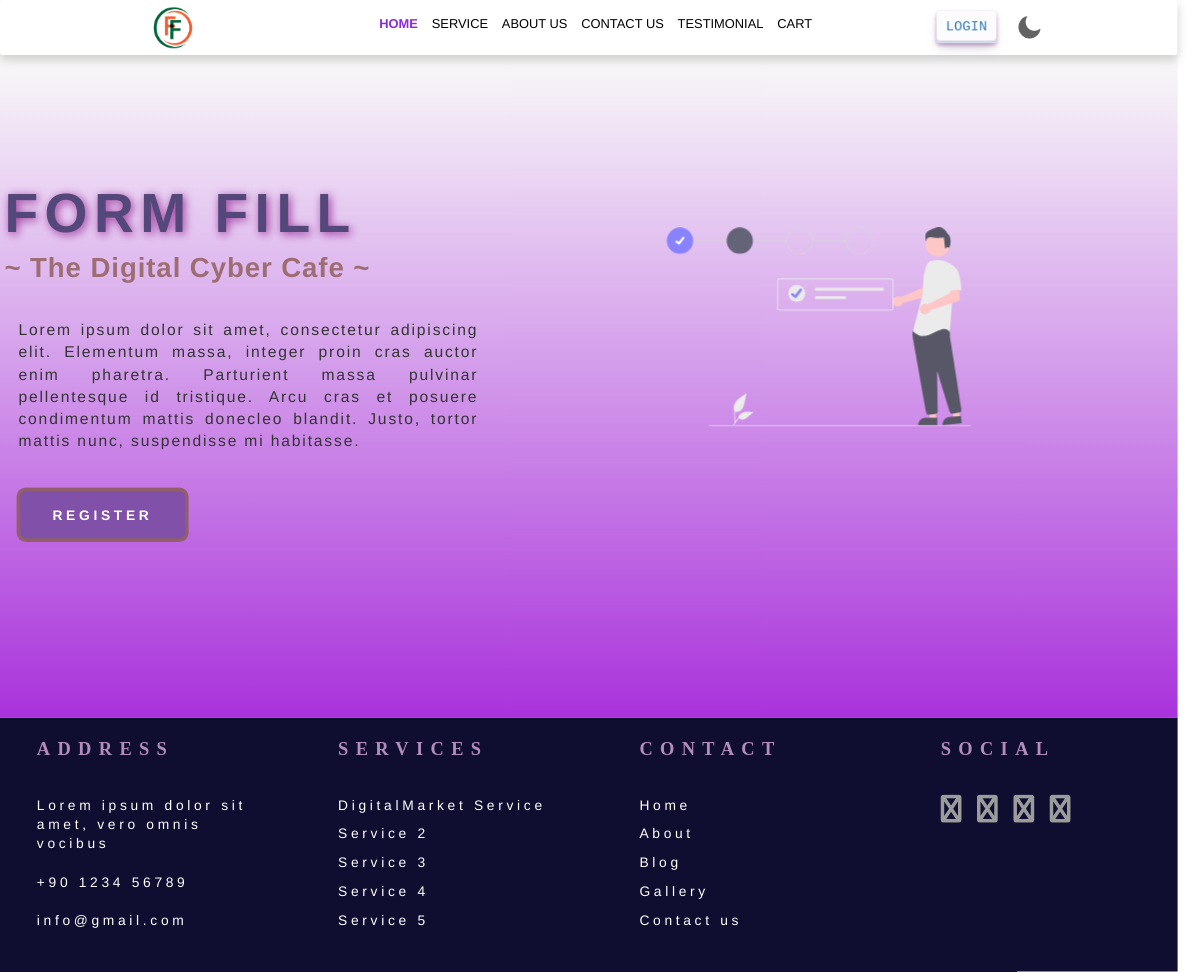
Repository: codervivek5/Formfil
Page: index.html
The author's editor kept a copy of each file at every save. The page is drawn from the files as they stood at one save, then again after the next save.
The browser window is 1280 px wide. The page is 1295 px wide, so the pictures cover 1295 px, including what lies to the right of the window. The pictures show the whole page, at 92% of full size.
Some web fonts or font styles are not loaded; a fallback is used.

Above is the page before, as saved 2023-03-04 21:45:09.

### index.html
<!DOCTYPE html>
<html lang="en">

<head>
	<meta charset="UTF-8" />
	<meta http-equiv="X-UA-Compatible" content="IE=edge" />
	<meta name="viewport" content="width=device-width, initial-scale=1.0" />
	<title>Home-FormFil</title>
	<link rel="stylesheet" href="style/style.css" />
     <link rel="stylesheet" href="style/theme.css">

	<link rel="stylesheet" href="https://maxcdn.bootstrapcdn.com/bootstrap/3.4.1/css/bootstrap.min.css">
	<script src="https://ajax.googleapis.com/ajax/libs/jquery/3.6.0/jquery.min.js"></script>
     <script src="https://maxcdn.bootstrapcdn.com/bootstrap/3.4.1/js/bootstrap.min.js"></script>

	<link rel="stylesheet" href="https://fonts.googleapis.com/css?family=Trirong" />
	<link rel="icon" type="image/x-icon" href="./img/crop_logo.png" />
	<link rel="stylesheet" href="https://cdnjs.cloudflare.com/ajax/libs/font-awesome/6.2.1/css/all.min.css">
</head>

<body>

    <div class="loader">
          <img class= "imgload" src="img/logo.png"  alt="">
     </div>

     <header class="navbar">
      <a href="index.html"><img class="logo" src="img/logo.png" width="100px" height="100px" /></a>

      <div class="navbar-opt">
        <ul class="navbar-list">
          <li><a href="index.html" class="nav-link active">HOME</a></li>
          <li><a href="pages/service.html" class="nav-link">SERVICE </a></li>
          <li><a href="pages/about_us.html" class="nav-link">ABOUT US </a></li>
          <li><a href="pages/contact-us.html" class="nav-link">CONTACT US </a></li>
          <li><a href="pages/testimonial.html" class="nav-link">TESTIMONIAL</a></li>
          <li><a href="pages/cart.html" class="nav-link">CART</a></li>
        </ul>
      </div>

      <div class="fixed-buttons">
        <button><a href="pages/login.html" class="lgn">LOGIN</a></button>
        <img src="img/moon.png" id="icon">
      </div>

      <div class="mobile-menu">
        <ion-icon name="menu-outline" class="menu-icon"></ion-icon>
        <ion-icon name="close-outline" class="menu-icon"></ion-icon>
      </div>

     </header>

	<div class="main">

		<div class="container">
			<div class="content animated fadeInLeft">
				<h1>FORM FILL</h1>
				<h2>~ The Digital Cyber Cafe ~</h2>
				<p class="para">
					Lorem ipsum dolor sit amet, consectetur adipiscing elit.
          Elementum massa, integer proin cras auctor enim pharetra.
					Parturient massa pulvinar pellentesque id tristique.
          Arcu cras et posuere condimentum mattis donecleo blandit.
          Justo, tortor mattis nunc, suspendisse mi habitasse.
				</p>
				<div class="btn">
					<a href="pages/signup.html"> <button class="btn1 button">REGISTER</button></a>
				</div>
			</div>
			<div class="shipp animated fadeInRight">
				<img src="img/svg.svg" />
        <!-- <img src="img/formfilSvg.svg" /> -->
			</div>
		</div>
	</div>

<!-- footer section -->
<footer>
    <div>
        <div class="row">
            <div class="col-lg-3 col-md-5 col-sm-4 col-xs-12">
                <ul class="adress">
                     <span>Address</span>
                     <li>
                        <p>Lorem ipsum dolor sit amet, vero omnis vocibus</p>
                      </li>

                      <li>
                        <p>+90 1234 56789</p>
                      </li>

                      <li>
                        <p>info@gmail.com</p>
                      </li>
                 </ul>
            </div>
            <div class="col-lg-3 col-md-5 col-sm-4 col-xs-12">
               <ul class="service">
                    <span>Services</span>
                    <li>
                       <a href="#">DigitalMarket Service</a>
                     </li>

                     <li>
                        <a href="#">Service 2</a>
                     </li>

                     <li>
                       <a href="#">Service 3</a>
                     </li>

                     <li>
                        <a href="#">Service 4 </a>
                     </li>

                     <li>
                       <a href="#">Service 5</a>
                    </li>
               </ul>
           </div>
            <div class="col-lg-3 col-md-3 col-sm-4 col-xs-12">
                <ul class="contact">
                     <span>Contact</span>
                     <li>
                        <a href="index.html">Home</a>
                      </li>

                      <li>
                         <a href="pages/about_us.html">About</a>
                      </li>

                      <li>
                        <a href="#">Blog</a>
                      </li>

                      <li>
                         <a href="#">Gallery </a>
                      </li>

                      <li>
                        <a href="pages/contact-us.html">Contact us</a>
                     </li>
                </ul>
            </div>

            <div class="col-lg-3 col-md-3 col-sm-4 col-xs-12">
               <ul class="social">
                    <span>Social</span>
                    <li>
                         <a href="https://www.facebook.com/codervivek"  target="_blank"><i class="fa fa-facebook fa-2x"></i></a>
                    </li>

                    <li>
                         <a href="https://github.com/codervivek5" target="_blank"><i class="fa fa-github fa-2x"></i></a>
                    </li>

                    <li>
                         <a href="https://www.linkedin.com/in/codervivek/" target="_blank"><i class="fa fa-linkedin fa-2x"></i></a>
                    </li>

                    <li>
                         <a href="https://twitter.com/codervivek5" target="_blank"><i class="fa fa-twitter fa-2x"></i></a>
                    </li>

                    <li>
                         <a href="https://www.youtube.com/codervivek" target="_blank"><i class="fa fa-youtube-play fa-2x"></i></a>
                   </li>
                  </ul>
            </div>
       </div>
    </div>
    <button class="back-to-top hidden">
     <svg
     xmlns="http://www.w3.org/2000/svg"
     class="back-to-top-icon"
     fill="none"
     viewBox="0 0 24 24"
     stroke="currentColor"
   >
     <path
       stroke-linecap="round"
       stroke-linejoin="round"
       stroke-width="2"
       d="M7 11l5-5m0 0l5 5m-5-5v12"
     />
   </svg></button>
</footer>


<script>

     // Javascript Code for Dark Mode Switch
	var icon = document.getElementById("icon");
	icon.onclick = function(){
		document.body.classList.toggle("dark-mode");
		if (document.body.classList.contains("dark-mode")){
			icon.src="img/sun.png";
		}
		else {
			icon.src="img/moon.png";
		}
	}
  //javascript for loader
  $(document).ready(function() {
      // Animate loader off screen
   setTimeout(function() {
    $(".loader").fadeOut("slow");
   }, 0);
  });
      // Javascript Code for Scroll to top Button
      const showOnPx = 100;
      const backToTopButton = document.querySelector(".back-to-top")

     const scrollContainer = () => {
       return document.documentElement || document.body;
      };

 document.addEventListener("scroll", () => {
   if (scrollContainer().scrollTop > showOnPx) {
     backToTopButton.classList.remove("hidden")
   } else {
     backToTopButton.classList.add("hidden")
   }
 })
 const goToTop = () => {
   document.body.scrollIntoView({
     behavior: "smooth",
   });
 };
 backToTopButton.addEventListener("click", goToTop);

 const mobile_nav= document.querySelector('.mobile-menu');
const nav_header= document.querySelector(".navbar");

const toggleNav = () =>{
  nav_header.classList.toggle("switchOn");
}

mobile_nav.addEventListener('click', () => toggleNav());

</script>
<script type="module" src="https://unpkg.com/ionicons@5.5.2/dist/ionicons/ionicons.esm.js"></script>
<script nomodule src="https://unpkg.com/ionicons@5.5.2/dist/ionicons/ionicons.js"></script>
</body>
</html>

### style/style.css
@import url('https://fonts.googleapis.com/css2?family=Tilt+Prism&display=swap');

body{
	margin:0;
	padding:0;
	background:black;
font-family: 'Times New Roman', Times, serif;
overflow-x: hidden;
}
.main{
	position: relative;
	height:100%;
	width:100%;
	background-position: center;
	background-repeat: no-repeat;
	background-size: cover;
	/* opacity: 0.8; */

}
.navbar{
    padding: 0 !important;
    padding: 0 3rem;
    height: 6rem;
    display: flex;
    justify-content: space-between;
    align-items: center;
    margin-bottom: 0 !important;
    box-shadow: 0px 5px 10px #48464640 !important;
    z-index: 999;
}

.navbar-opt{
    transition: all 0.5s;
  }

  .navbar-list{
    display: flex;
    gap: 1.5rem;
    list-style: none;
  }

  .fixed-buttons{
    display: flex;
    justify-content: center;
    align-items: center;
    column-gap: 1rem;
  }

  .active{
    font-weight: 700 !important;
  }

  .nav-link:link,
.nav-link:visited {
  display: inline-block;
  text-decoration: none;
  color: black;
}

.mobile-menu{
  display: none;
  background: transparent;
  cursor: pointer;
}

.menu-icon{
  width: 3.2rem;
  height: 3.2rem;
  z-index: 1000;
}

.menu-icon[name="close-outline"]{
  display: none;
}

.fixed-buttons button{
  align-items: center;
  appearance: none;
  background-color: #FCFCFD;
  border-radius: 4px;
  border-width: 0;
  box-shadow: #7b378e7b 0 2px 4px,#c1b6c4a8 0 7px 13px -3px,#D6D6E7 0 -3px 0 inset;
  box-sizing: border-box;
  color: #36395A;
  cursor: pointer;
  display: inline-flex;
  font-family: "JetBrains Mono",monospace;
  height: 3.5rem;
  justify-content: center;
  line-height: 1;
  list-style: none;
  overflow: hidden;
  padding-left: 1rem;
  padding-right: 1rem;
  position: relative;
  text-align: left;
  text-decoration: none;
  transition: box-shadow .15s,transform .15s;
  user-select: none;
  -webkit-user-select: none;
  touch-action: manipulation;
  white-space: nowrap;
  will-change: box-shadow,transform;
  font-size: 1.5rem;
}

.fixed-buttons button:focus {
    box-shadow: #D6D6E7 0 0 0 1.5px inset, rgba(45, 35, 66, 0.4) 0 2px 4px, rgba(45, 35, 66, 0.3) 0 7px 13px -3px, #D6D6E7 0 -3px 0 inset;
  }

  .fixed-buttons button:hover {
    box-shadow: rgba(45, 35, 66, 0.4) 0 4px 8px, rgba(45, 35, 66, 0.3) 0 7px 13px -3px, #D6D6E7 0 -3px 0 inset;
    transform: translateY(-2px);
  }

  .fixed-buttons button:active {
    box-shadow: #D6D6E7 0 3px 7px inset;
    transform: translateY(2px);
  }

@media (max-width:1220px){
    .navbar-list{
      gap: 0.3rem;
    }
  }

  @media (max-width:1030px){
    .mobile-menu{
      display: block;
    }

    .navbar{
      padding: 0 1rem;
      position: relative;
    }

    .navbar-opt{
      width: 100vw;
      height: 100vh;
      background-color: #484646dd;
      position: absolute;
      top: 0;
      left: 0;
      display: flex;
      justify-content: center;
      /* transform: translateY(100%); */
      transition: all 0.5s linear;
      opacity: 0;
      visibility: hidden;
      pointer-events: none;
    }

    .navbar-list{
      flex-direction: column;
      align-items: center;
      justify-content: center;
      font-size: 1.7rem;
      font-weight: 500;
    }

    .switchOn .navbar-opt{
      opacity: 1;
      visibility: visible;
      pointer-events: auto;
    }

    .switchOn .mobile-menu .menu-icon[name="close-outline"]{
      display: block;
    }

    .switchOn .mobile-menu .menu-icon[name="menu-outline"]{
      display: none;
    }

  }

  .nav-link:hover{
    color: grey !important;
  }

    /* ____________________________________________________________________________________________________________ */

.container{
    display: flex;
    justify-content: space-between;
    align-items: center;
    position: relative;
    top: 20vh;
    padding: 0px 25px;
}
.shipp{
  margin-top: -90px;
  padding-left: 50px;
}
.shipp img{
    width: 60vh;
}
.content{
  display: flex;
  flex-direction: column;
  margin-left: -110px;
}
.content h1{
    color: #2a1958;
    text-shadow: 2px 2px 10px purple;
    font-size: 6rem;
    letter-spacing: 7px;
    margin-top: -5px;
    font-weight: bold;
}
.content h2{
	width:100%;
  font-weight: bold;
  margin-top: -1px;
  letter-spacing: 1px;
}
.content .para{
  color: black;
	width:100%;
  text-align: justify;
  font-size: 17px;
  margin-top: 30px;
  padding-left: 60px;
  letter-spacing: 2px;
  font-weight: 500;

}
.content .btn{
  text-align: left;
  margin-left: 45px;
  margin-top: 20px;
}
.content button{
    padding: 15px 35px;
    border-radius: 10px;
    border: none;
    background-color: rgba(90, 34, 139,0.9) !important;
    /* border: 4px solid rgba(90, 34, 139); */
    border: 4px solid rgba(122, 60, 60, 0.87);
    color: white !important;
    font-weight: bold !important;
    letter-spacing: 4px;
    font-size: 15px !important;
    transition: transform .2s;
}
.btn1:hover{
  transform: scale(1.15);
  background-color: rgba(90, 34, 139,0.2) !important;
  color: white !important;
}

@media only screen and (max-width: 1300px){
    .shipp img{
      width: 50vw;
      height: 30vh;
  }
  }

  @media only screen and (max-width: 500px){
    .container{
      display: flex;
      flex-direction: column;
      padding: 0 !important;
      margin: 0 !important;
    }
    .content{
      width: 100vw;
      display: flex;
      flex-direction: column;
      justify-content: center;
      align-items: center;
      padding: 0 !important;
      margin: 0 !important;
    }
    .shipp img{
      width: 50vw;
      height: 40vh;
  }
  .content h1{
    font-size: 3rem;
  }
  .content h2{
    font-size: 2rem;
  }
  .content .para{
    font-size: 1.5rem;
  }
  }
/* footer */
footer{
     background-color: #0f0e31;
     padding:20px 0px;
     z-index: 1;
}

footer ul li{
    padding:5px 0px;
}

.adress span , .contact span , .social span, .service span{
   color: #FFF;
   font-weight: 800;
   padding-bottom: 10px;
   margin-bottom: 20px;
   display: block;
   text-transform: uppercase;
   font-size: 20px;
   letter-spacing: 3px;
}

.adress li p , .contact li a , .social li a, .service li a{
    color:#FFF;
    letter-spacing: 2px;
    text-decoration:none;
    font-size:15px;
    font-style: sans-serif;
}

.social li{
    float:left;
}

.adress , .contact , .social , .service{
    list-style: none;
}

.fa{
    color:#9c9c9c;
    margin-right: 15px;
    font-size:24px;
}
.service span{
    letter-spacing: 8px;
    font-family:'Tilt Prism', cursive;
    color:rgb(179,140,189);
}
.contact span{
    letter-spacing: 8px;
    font-family: 'Tilt Prism', cursive;
    color:rgb(179,140,189);

}
.adress span{
    letter-spacing: 8px;
    font-family:'Tilt Prism', cursive;
    color:rgb(179,140,189);
}
.social span{
    letter-spacing: 8px;
    font-family:'Tilt Prism', cursive;
    color:rgb(179,140,189);
}
.service a{
    letter-spacing: 4px !important;
    position: relative;
    transition: all 0.5s ease;
    -webkit-transition: all 0.5s ease;
}
.service a:hover {
    color: rgb(137,130,255) !important;
    transition: all 1s ease;
    -webkit-transition: all 1s ease;
}

 .service a:before, .service a:after {
  content: '';
  position: absolute;
  width: 0%;
  height: 1px;
  bottom: -1px;
  background:rgb(204,214,246);
}

.imgload{
	height: 25%;
	width: 15%;

}
.loader{
    position: fixed;
    z-index: 1;
    top: 0;
    left: 0;
    background: #7b378ec4;
    height: 100%;
    width: 100%;
    display: flex;
    justify-content: center;
    align-items: center;
  }

  .loader.hidden{
    animation: fadeOut 2s forwards;
  }
  @keyframes fadeOut {
    100%{
      opacity: 100%;
      visibility: hidden;
    }
  }



.adress p{
    letter-spacing: 4px !important;
    position: relative;
    transition: all 0.5s ease;
    -webkit-transition: all 0.5s ease;
}
.adress p:hover {
    color: rgb(14, 214, 3) !important;
    transition: all 1s ease;
    -webkit-transition: all 1s ease;
}
.contact a{
    letter-spacing: 4px !important;
    position: relative;
    transition: all 0.5s ease;
    -webkit-transition: all 0.5s ease;
}
.contact a:hover {
    color: rgb(212, 1, 227) !important;
    transition: all 1s ease;
    -webkit-transition: all 1s ease;
}
.social i{
    position: relative;
}
.social i:hover {
    color: rgb(15, 3, 252) !important;
    transition: all 1s ease;
    -webkit-transition: all 1s ease;
}
.back-to-top {
    position: fixed;
    right: 2rem;
    bottom: 2rem;
}
.hidden {
    display: none;
        opacity: 0%;

  }
.back-to-top {
    position: fixed;
    right: 2rem;
    bottom: 2rem;
    border-radius: 100%;
    background: gray;
    padding: 1.5rem;
    border: none;
    cursor: pointer;
    opacity: 100%;
    transition: opacity 0.5s;
  }
  .back-to-top-icon {
    width: 2rem;
    height: 2rem;
    color: white;
  }
  .back-to-top:hover {
    opacity: 60%;
  }

.footerpart{
	text-align: center;
}
.animated {
  -webkit-animation-duration: 5s;
  animation-duration: 5s;
  -webkit-animation-fill-mode: both;
  animation-fill-mode: both;
}

@-webkit-keyframes fadeInLeft {
  0% {
     opacity: 0;
     -webkit-transform: translateX(-100px);
  }
  100% {
     opacity: 1;
     -webkit-transform: translateX(0);
  }
}
.fadeInLeft {
  -webkit-animation-name: fadeInLeft;
  animation-name: fadeInLeft;
}


@-webkit-keyframes fadeInRight {
  0% {
     opacity: 0;
     -webkit-transform: translateX(100px);
  }
  100% {
     opacity: 1;
     -webkit-transform: translateX(0);
  }
}

.fadeInRight {
  -webkit-animation-name: fadeInRight;
  animation-name: fadeInRight;
}



    /* ____________________________________________________________________________________________________________ */

### style/theme.css
:root{
	--color--main: linear-gradient(rgba(244, 245, 243, 0.712),rgb(148,0,211));
	--color--footer: rgb(119, 5, 100);
	--color--h1: #2a1958;
	--color--h2: rgba(122, 60, 60, 0.87);
	--color--p: black;
	--color--btn: #2a1958;
	--color--nav: black;
	--color--nav_before:#2a1958;
	--color--customnav: white;
}
.dark-mode{
	--color--main: linear-gradient(#4b075ac4,rgba(28, 1, 41, 0.712));
	--color--footer: rgb(65, 3, 55);
	--color--h1: rgb(255, 255, 255);
	--color--h2: rgb(233, 233, 233);
	--color--p: white;
	--color--btn: #130735;
	--color--nav: rgb(215, 244, 248);
	--color--nav_before:rgb(215, 244, 248);
	--color--customnav: rgb(174, 147, 180);
}
#icon{
	width: 30px;
	cursor: pointer;
	margin: 10px;
}
.main{
	position: relative;
	height:100vh;
	width:100%;
	background:var(--color--main);
	background-position: center;
	background-repeat: no-repeat;
	background-size: cover;
	opacity: 0.8;
}
.navbar{
	background-color: var(--color--customnav);
}

.nav-link{
	color: var(--color--p) !important;
}

.active{
	color: blueviolet !important;
}
.content h1{
    color:var(--color--h1);
margin-left: 8%;
}
.content h2{
    color: var(--color--h2);
    margin-left: 8%;
}
.content .para{
    color: var(--color--p);
}
.content .btn1 {
    background-color: var(--color--btn);
    color:honeydew;

}
.footer{
	background-color:var(--color--footer);
	display: block;
	justify-content: center;
	align-items: center;
	width: 100%;
	height: 40vh;

}

After the next save:
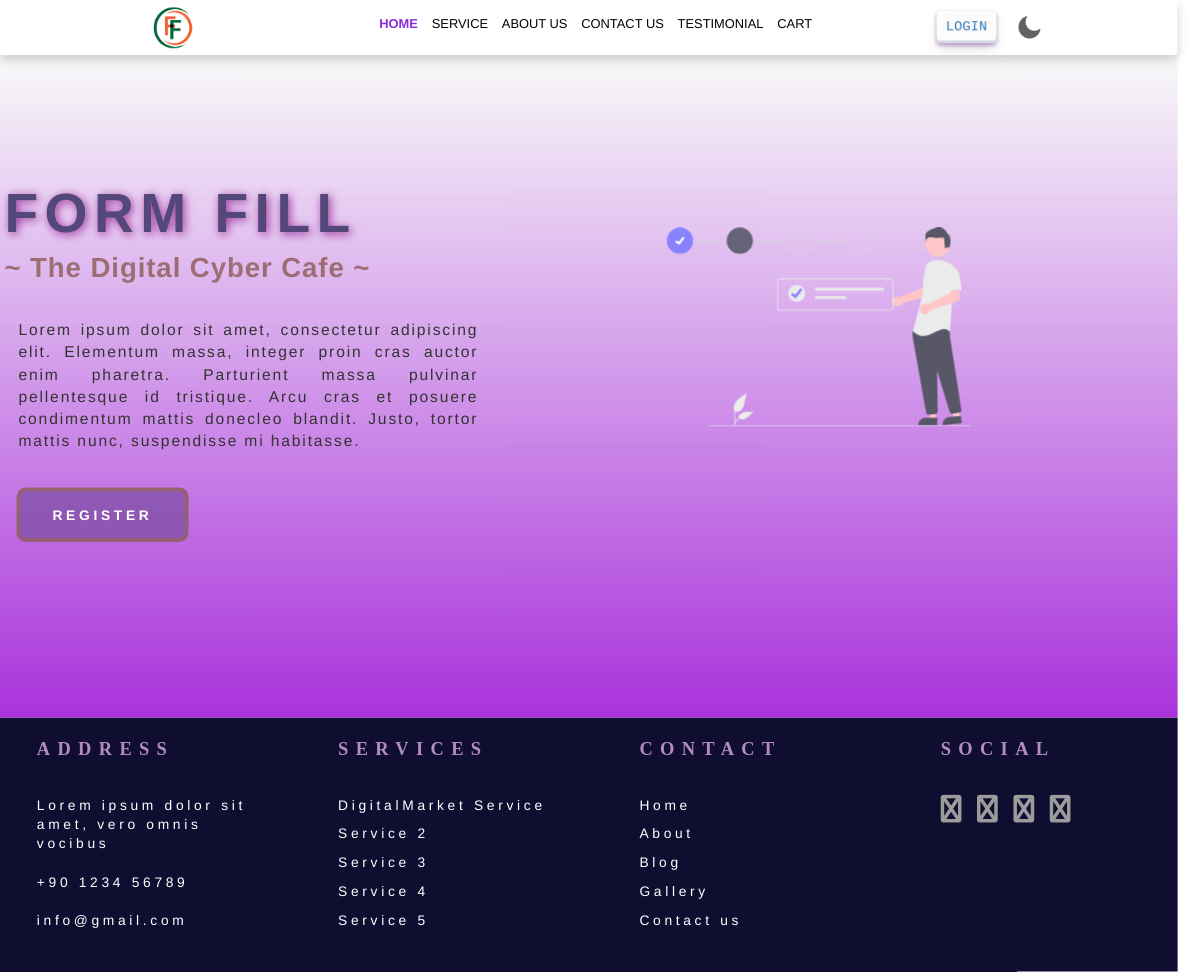
Saved 7 s later.
--- a/style/style.css
+++ b/style/style.css
@@ -234,7 +234,7 @@ overflow-x: hidden;
     padding: 15px 35px;
     border-radius: 10px;
     border: none;
-    background-color: rgba(90, 34, 139,0.9) !important;
+    background-color: rgba(90, 34, 139,0.7) !important;
     /* border: 4px solid rgba(90, 34, 139); */
     border: 4px solid rgba(122, 60, 60, 0.87);
     color: white !important;
